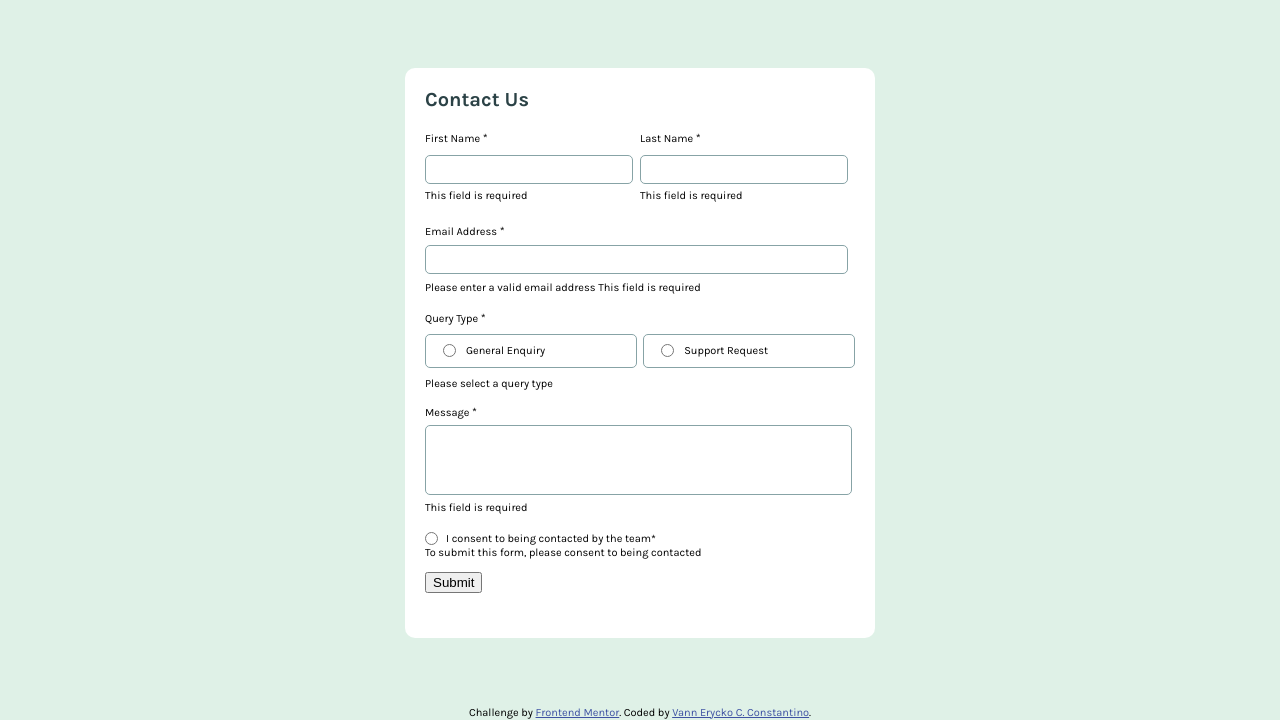
Repository: kocokoy/contact-form
Page: contact-form-main/index.html
The author's editor kept a copy of each file at every save. The page is drawn from the files as they stood at one save, then again after the next save.
The browser window is 1280 px wide. The pictures show the whole page.

Above is the page before, as saved 2024-10-24 11:01:28.

### contact-form-main/index.html
<!DOCTYPE html>
<html lang="en">
<head>
  <meta charset="UTF-8">
  <meta name="viewport" content="width=device-width, initial-scale=1.0"> <!-- displays site properly based on user's device -->

  <link rel="icon" type="image/png" sizes="32x32" href="./assets/images/favicon-32x32.png">
  <link rel="stylesheet" href="/contact-form-main/styles/style.css">
  <link rel="preconnect" href="https://fonts.googleapis.com">
  <link rel="preconnect" href="https://fonts.gstatic.com" crossorigin>
  <link href="https://fonts.googleapis.com/css2?family=Karla:ital,wght@0,200..800;1,200..800&family=Red+Hat+Text:ital,wght@0,300..700;1,300..700&display=swap" rel="stylesheet">
  <title>Frontend Mentor | Contact form</title>

  <!-- Feel free to remove these styles or customise in your own stylesheet 👍 -->
  <style>
    .attribution { font-size: 11px; text-align: center; }
    .attribution a { color: hsl(228, 45%, 44%); }
  </style>
</head>
<body>
  <div class="container">
    <div class="contact-form-card">
      <h1 class="contact-us-header">
        Contact Us
      </h1>
      <div class="name-section">
        <div class="first-name-section">
          <p>
            First Name
            <span>*</span>
          </p>
          <input type="text" name="" id="">
          <p>
            This field is required
          </p>
        </div>
        <div class="last-name-section">
          <p>
            Last Name
            <span>*</span>
          </p>
          <input type="text" name="" id="">
          <p>
            This field is required
          </p>
        </div>
      </div>
      <div class="email-section">
        <p>Email Address  <span>*</span></p>
        <input type="text">
        <p>Please enter a valid email address
          This field is required</p>
      </div>
      <div class="query-type-section">
        <p>Query Type  <span>*</span></p>
        <div class="radio-query-type-section">
          <div class="general-radio-query-type-section">
            <input type="radio">
            General Enquiry
          </div>
          <div class="support-radio-query-type-section">
            <input type="radio">
            Support Request
          </div>
        </div>
        <p>Please select a query type</p>
      </div>
      <div class="message-section">
        <p>Message  <span>*</span></p>
        <input type="text">
        <p>This field is required</p>
      </div>
      <div class="consent-section">
        <div>
          <input type="radio">
          I consent to being contacted by the team  <span>*</span>
        </div>
        <p> To submit this form, please consent to being contacted</p>
      </div>
      <div class="submit-btn-section">
        <button>
          Submit</button>
      </div>
    </div>
  </div>




  <!-- Message Sent!
  Thanks for completing the form. We'll be in touch soon! -->

  <div class="attribution">
    Challenge by <a href="https://www.frontendmentor.io?ref=challenge">Frontend Mentor</a>.
    Coded by <a href="#">Vann Erycko C. Constantino</a>.
  </div>
</body>
</html>

### contact-form-main/styles/style.css
:root{
  /* Primary */
  --Green200: hsl(148, 38%, 91%);
  --Green600: hsl(169, 82%, 27%);
  --Red:hsl(0, 66%, 54%);

  --White: hsl(0, 0%, 100%);
  --Grey500: hsl(186, 15%, 59%);
  --Grey900: hsl(187, 24%, 22%);
}

body{
  padding: 0;
  margin: 0;
  background-color: var(--Green200);
  font-family: Karla;
  font-size: 11px;
  font-weight: 400;
}

span {
  font-size: 12px;
}

.container{
  display: flex;
  align-items: center;
  justify-content: center;
  height: 98vh;
}

.contact-form-card{
  display: flex;
  flex-direction: column;
  border: 1px var(--Grey500);
  background-color: var(--White);
  height: 530px;
  width: 430px;
  border-radius: 10px;
  padding: 20px;
}

.contact-us-header{
  padding: 0;
  margin: 0;
  font-weight: 700;
  font-size: 20px;
  color: var(--Grey900);
}

.name-section{
  display: flex;
  flex-direction: row;
  justify-content: space-between;
  padding-top: 15px;
}

.name-section p{
  margin: 5px 0;
  padding-bottom: 5px;
}

.name-section input{
 width: 94%;
 height: 25px;
 border: 1px solid var(--Grey500);
 border-radius: 5px;
}

.first-name-section, .last-name-section{
  width: 100%;
}

.email-section{
  padding-top: 5px;
  display: flex;
  flex-direction: column;
}

.email-section p{
  margin:0;
  padding: 7px 0;
}

.email-section input{
  width: 97%;
  height: 25px;
  border-radius: 5px;
  border: 1px solid var(--Grey500);
}

.query-type-section{
  padding-top: 1px;
  display: flex;
  flex-direction: column;
}

.query-type-section p{
  padding: 9px 0;
  margin: 0;
}

.query-type-section .radio-query-type-section{
  display: flex;
  flex-direction: row;
  justify-content: space-between;
}

.query-type-section .radio-query-type-section input{
  margin: 0 10px 0 17px;
  border-color: red;
}

.general-radio-query-type-section ,.support-radio-query-type-section{
  display: flex;
  flex-direction: row;
  align-items: center;
  height: 32px;
  border-radius: 5px;
  border: 1px solid var(--Grey500);
  width: 48.8%;
}

.message-section{
  height: 120px;
}

.message-section p{
 padding: 0;
 margin: 0;
 padding: 6px 0;
}

.message-section input{
 width: 98%;
 height: 55%;
 border-radius: 5px;
 border: 1px solid var(--Grey500);
}

.consent-section{
  display: flex;
  flex-direction: column;
  margin: 13px 0;
}

.consent-section p{
  padding: 0;
  margin: 0;
}

.consent-section input{
  margin: 0 8px 0 0;
}

.consent-section div{
  display: flex;
  flex-direction: row;
  justify-self: start;
  align-items: center;
  padding: 0;
}

After the next save:
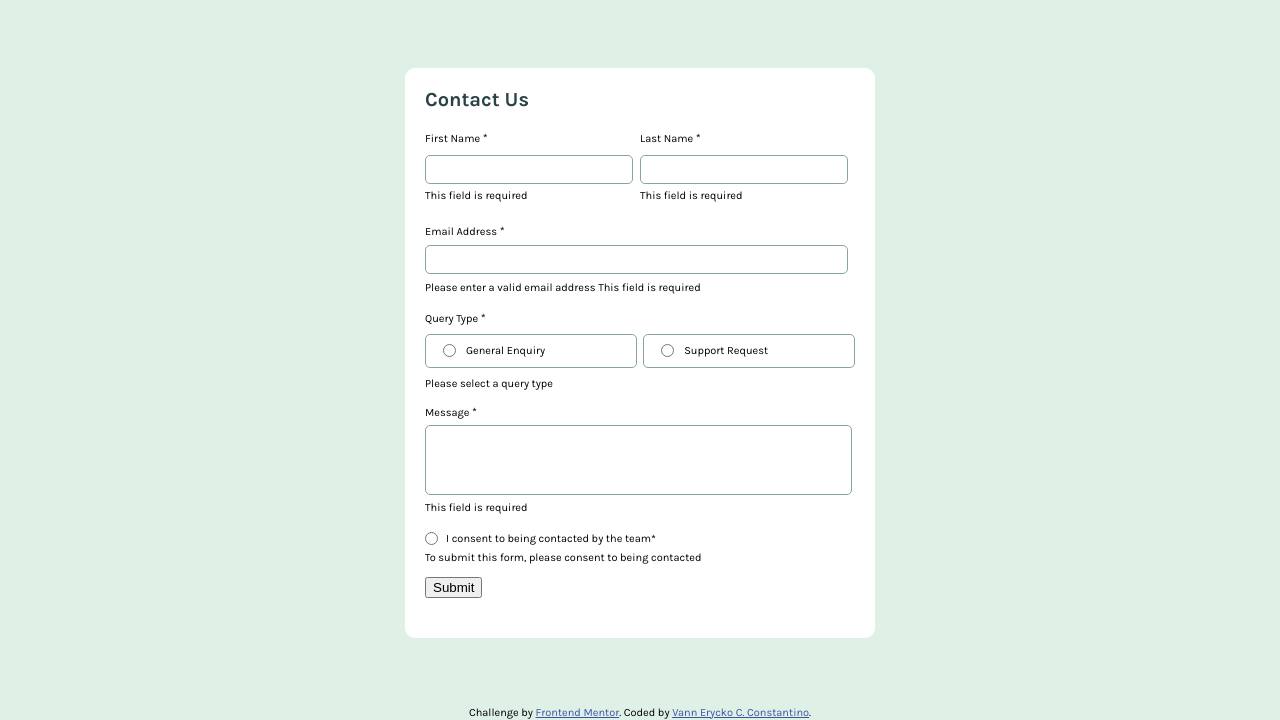
Saved 20 s later.
--- a/contact-form-main/styles/style.css
+++ b/contact-form-main/styles/style.css
@@ -146,7 +146,7 @@ span {
 
 .consent-section p{
   padding: 0;
-  margin: 0;
+  margin: 5px 0 0 0;
 }
 
 .consent-section input{
